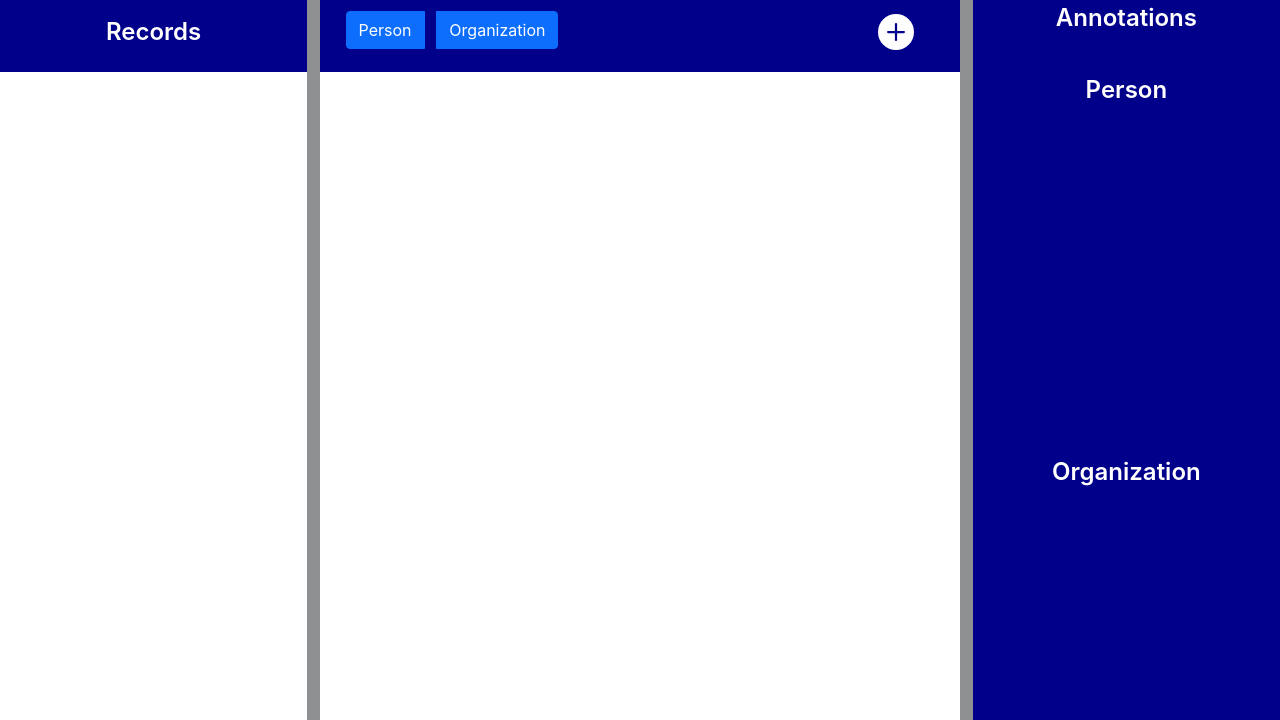
Repository: napan24/classforma_assignment
Page: / (app in client/)
An editor plug-in stored every save of this project. The page is shown before and after the next save, followed by the edit.
The browser window is 1280 px wide. The pictures show the whole page.
The project was rebuilt for these pictures with package versions that can differ from the ones it lists, and the page was loaded fresh each time. Also part of the build but not shown: client/src/App.css.

Above is the page before, as saved 2022-07-20 15:32:06.

### client/public/index.html
<!DOCTYPE html>
<html lang="en">
  <head>
    <meta charset="utf-8" />
    <link rel="icon" href="%PUBLIC_URL%/favicon.ico" />
    <meta name="viewport" content="width=device-width, initial-scale=1" />
    <meta name="theme-color" content="#000000" />
    <meta
      name="description"
      content="Web site created using create-react-app"
    />
    <link href="https://cdn.jsdelivr.net/npm/bootstrap@5.1.3/dist/css/bootstrap.min.css" rel="stylesheet" integrity="sha384-1BmE4kWBq78iYhFldvKuhfTAU6auU8tT94WrHftjDbrCEXSU1oBoqyl2QvZ6jIW3" crossorigin="anonymous">
    <link rel="apple-touch-icon" href="%PUBLIC_URL%/logo192.png" />
    <!--
      manifest.json provides metadata used when your web app is installed on a
      user's mobile device or desktop. See https://developers.google.com/web/fundamentals/web-app-manifest/
    -->
    <link rel="manifest" href="%PUBLIC_URL%/manifest.json" />
    <!--
      Notice the use of %PUBLIC_URL% in the tags above.
      It will be replaced with the URL of the `public` folder during the build.
      Only files inside the `public` folder can be referenced from the HTML.

      Unlike "/favicon.ico" or "favicon.ico", "%PUBLIC_URL%/favicon.ico" will
      work correctly both with client-side routing and a non-root public URL.
      Learn how to configure a non-root public URL by running `npm run build`.
    -->
    <title>React App</title>
  </head>
  <body>
    <noscript>You need to enable JavaScript to run this app.</noscript>
    <div id="root"></div>
    <!--
      This HTML file is a template.
      If you open it directly in the browser, you will see an empty page.

      You can add webfonts, meta tags, or analytics to this file.
      The build step will place the bundled scripts into the <body> tag.

      To begin the development, run `npm start` or `yarn start`.
      To create a production bundle, use `npm run build` or `yarn build`.
    -->
    <script src="https://cdn.jsdelivr.net/npm/bootstrap@5.1.3/dist/js/bootstrap.bundle.min.js" integrity="sha384-ka7Sk0Gln4gmtz2MlQnikT1wXgYsOg+OMhuP+IlRH9sENBO0LRn5q+8nbTov4+1p" crossorigin="anonymous"></script>
  </body>
</html>

### client/src/App.js
import logo from './logo.svg';
import './App.css';
import Home from './Home';

function App() {
  return (
    <>
      <Home></Home>
    </>
  );
}

export default App;

### client/src/Home.js
'strict origin'
import React, { useState, useEffect } from 'react'
const Home = () => {
    const [textField, setTextField] = useState();
    const [person, setPerson] = useState();
    const [place, setPlace] = useState();
    const [personName, setPersonName] = useState(['']);
    const [placeName, setPlaceName] = useState(['']);
    useEffect(() => {
        if (textField) {
            trending();
        }
    }, [textField])
    const trending = async () => {
        const res = await fetch("/", {
            method: 'POST',
            headers: {
                "Content-Type": "application/json"
            },
            body: JSON.stringify({ textField })
        });
        const result = await res.json();
        setPerson(result.filter((arr) => arr.type == 'Person'));
        setPlace(result.filter((arr) => arr.type == 'Place'));
    };
    useEffect(() => {
        if (person) {
            person.forEach(function (arrayItem) {
                setPersonName(curr => [...curr, arrayItem.entityId]);
            });
        }
    }, [person])
    useEffect(() => {
        setPlaceName(['']);
        if (place) {
            place.forEach(function (arrayItem) {
                setPlaceName(curr => [...curr, arrayItem.entityId]);
            });
        }
    }, [place])
    const showFile = async (e) => {
        e.preventDefault()
        const reader = new FileReader()
        reader.onload = async (e) => {
            const text = (e.target.result)
            setTextField(text);
        };
        reader.readAsText(e.target.files[0])
    }
    return (
        <>
            <div style={{ display: 'flex', width: "100vw", height: "100vh", backgroundColor: "#8f9091" }}>
                <div style={{ width: "24vw", height: "100vh", backgroundColor: "white", marginRight: "1vw" }}>
                    <div style={{ width: "24vw", height: "10vh", backgroundColor: "#00008b", textAlign: 'center', fontSize: '150%', color: "white", fontWeight: "600", position: "fixed" }}>
                        <p style={{ marginTop: "2vh" }}>
                            Records
                        </p>
                    </div>
                    <div>

                    </div>
                </div>
                <div style={{ width: "50vw", height: "100vh", backgroundColor: "white", marginRight: "1vw", overflowY: "unset" }}>
                    <div style={{ width: "50vw", height: "10vh", backgroundColor: "#00008b", position: 'relative', overflowY: 'hidden' }}>
                        <div class="btn-group" style={{ marginTop: "1.5vh", marginLeft: "2vw" }}>
                            <button type="button" class="btn btn-primary" style={{ marginRight: "1vw" }}>Person</button>
                            <button type="button" class="btn btn-primary">Organization</button>
                        </div>
                        <label for="file">
                            <svg style={{ width: "20%", height: "50%", position: "absolute", right: "0", top: "2vh", color: "white" }} xmlns="http://www.w3.org/2000/svg" fill="currentColor" class="bi bi-plus-circle-fill" viewBox="0 0 16 16">
                                <path d="M16 8A8 8 0 1 1 0 8a8 8 0 0 1 16 0zM8.5 4.5a.5.5 0 0 0-1 0v3h-3a.5.5 0 0 0 0 1h3v3a.5.5 0 0 0 1 0v-3h3a.5.5 0 0 0 0-1h-3v-3z" />
                            </svg>
                        </label>
                        <input type="file" id="file" onChange={(e) => showFile(e)} style={{ display: "none" }} />
                    </div>
                    <div style={{ width: "48vw", height: "85vh", marginLeft: "2vw", marginTop: "5vh", overflowY: "scroll" }}>
                        {textField}
                    </div>
                </div>
                <div style={{ width: "24vw", height: "100vh", backgroundColor: "blue" }}>
                    <div style={{ width: "24vw", height: "10vh", backgroundColor: "#00008b", textAlign: 'center', fontSize: '150%', color: "white", fontWeight: "600" }}>
                        <p>
                            Annotations
                        </p>
                    </div>
                    <div style={{ width: "24vw", height: "5vh", backgroundColor: "#00008b", textAlign: 'center', fontSize: '150%', color: "white", fontWeight: "600" }}>
                        <p>
                            Person
                        </p>
                    </div>
                    <div style={{ width: "24vw", height: "48vh", backgroundColor: "#00008b", textAlign: 'center', fontSize: '150%', color: "white", fontWeight: "600", zIndex: "2", overflowY: "scroll" }}>
                        {personName && personName.map((user) => (
                            user.length > 0 && <div style={{ width: "23vw", backgroundColor: "black", color: "white", height: "3vh", fontSize: "2vh", borderBottom: '1px solid white' }}>
                                {user}
                            </div>
                        ))}
                    </div>
                    <div style={{ width: "24vw", height: "5vh", backgroundColor: "#00008b", textAlign: 'center', fontSize: '150%', color: "white", fontWeight: "600" }}>
                        <p>
                            Organization
                        </p>
                    </div>
                    <div style={{ width: "24vw", height: "50vh", backgroundColor: "#00008b", textAlign: 'center', fontSize: '150%', color: "white", fontWeight: "600", position: "fixed", overflowY: "scroll" }}>
                        {placeName && placeName.map((user) => (
                            user.length > 0 && <div style={{ width: "23vw", backgroundColor: "black", color: "white", height: "3vh", fontSize: "2vh", borderBottom: '1px solid white' }}>
                                {user}
                            </div>
                        ))}
                    </div>
                </div>
            </div>
        </>
    )
}

export default Home

Loaded but not shown: client/src/index.js (common file); client/src/index.css (common file); client/src/reportWebVitals.js (common file)

After the next save:
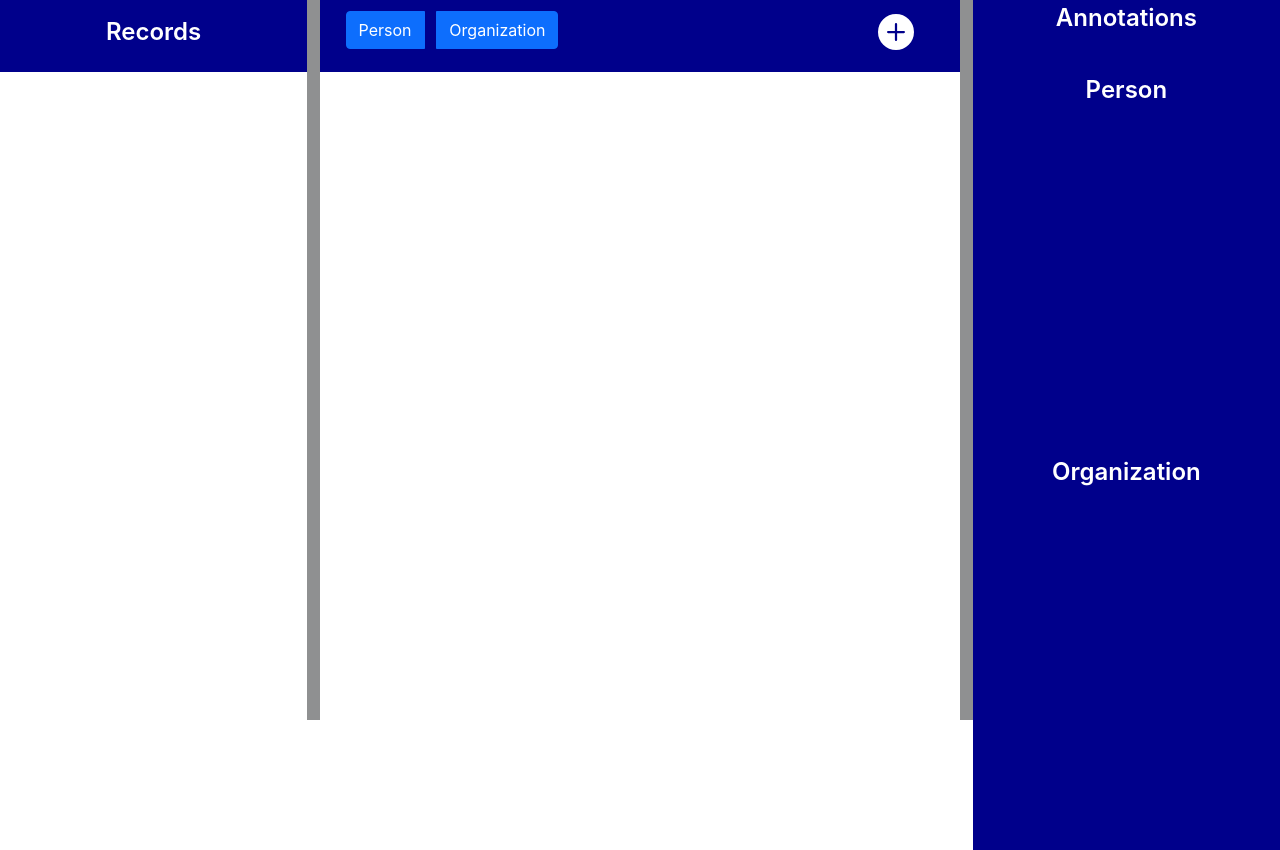
Saved 12 s later.
--- a/client/src/Home.js
+++ b/client/src/Home.js
@@ -100,7 +100,7 @@ const Home = () => {
                             Organization
                         </p>
                     </div>
-                    <div style={{ width: "24vw", height: "50vh", backgroundColor: "#00008b", textAlign: 'center', fontSize: '150%', color: "white", fontWeight: "600", position: "fixed", overflowY: "scroll" }}>
+                    <div style={{ width: "24vw", height: "50vh", backgroundColor: "#00008b", textAlign: 'center', fontSize: '150%', color: "white", fontWeight: "600",overflowY: "scroll" }}>
                         {placeName && placeName.map((user) => (
                             user.length > 0 && <div style={{ width: "23vw", backgroundColor: "black", color: "white", height: "3vh", fontSize: "2vh", borderBottom: '1px solid white' }}>
                                 {user}
